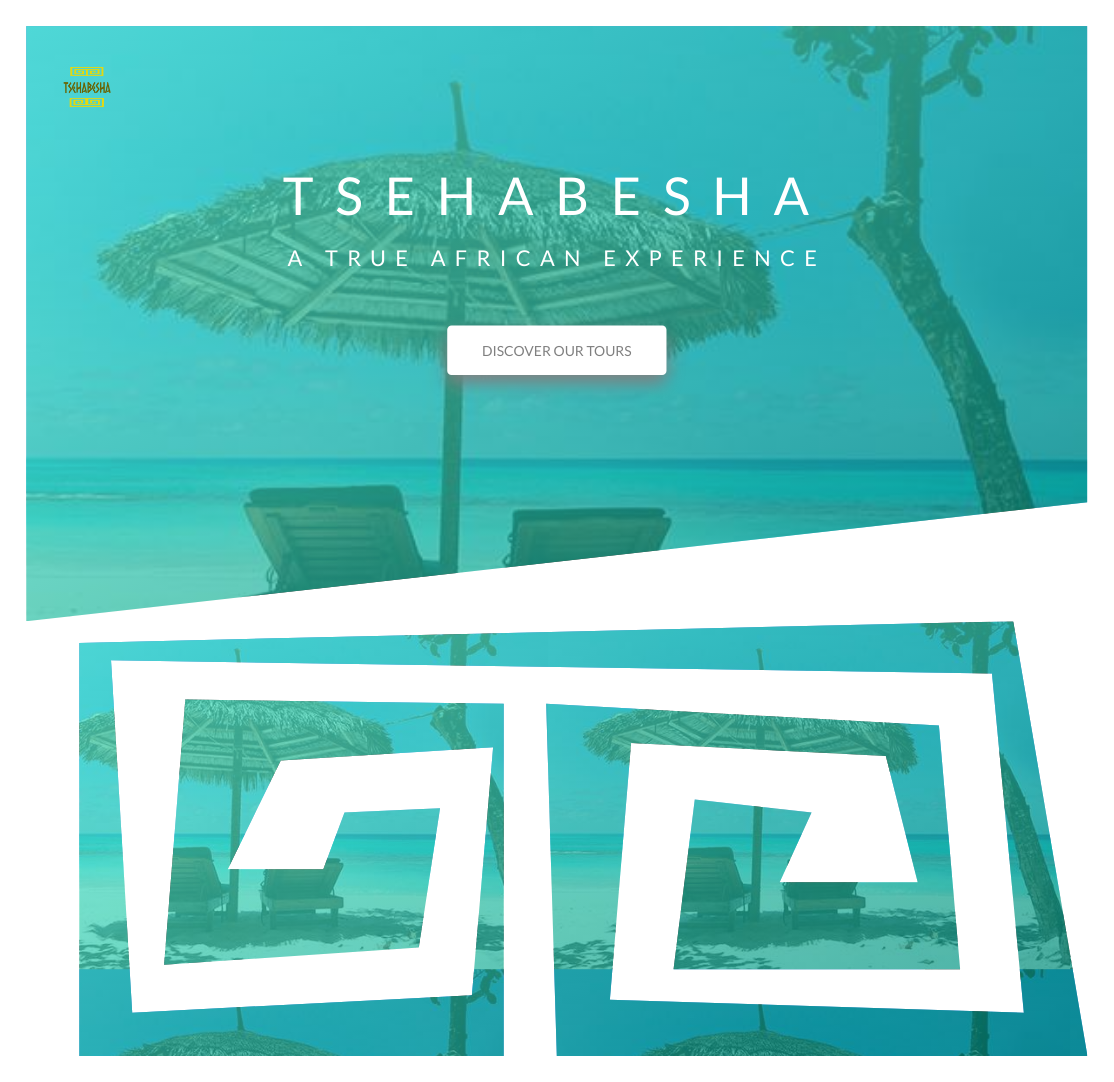
Repository: Azariagmt/tour-and-travel
Page: index.html
An editor plug-in stored every save of this project. The page is shown before and after a run of saves, followed by the edit.
The browser window is 1280 px wide. The pictures show the whole page, at 87% of full size.
The pointer rests on the first visible `.btn`.

Above is the page before, as saved 2020-03-24 23:54:19.

### index.html
<!DOCTYPE html>
<!--[if lt IE 7]>      <html class="no-js lt-ie9 lt-ie8 lt-ie7"> <![endif]-->
<!--[if IE 7]>         <html class="no-js lt-ie9 lt-ie8"> <![endif]-->
<!--[if IE 8]>         <html class="no-js lt-ie9"> <![endif]-->
<!--[if gt IE 8]><!--> <html class="no-js"> <!--<![endif]-->
    <head>
        <meta charset="utf-8">
        <meta http-equiv="X-UA-Compatible" content="IE=edge">
        <title></title>
        <meta name="description" content="">
        <meta name="viewport" content="width=device-width, initial-scale=1">
        <link href="https://fonts.googleapis.com/css?family=Lato&display=swap" rel="stylesheet">
        <link rel="stylesheet" href="css/style.css">
    </head>
    <body>
        <!--[if lt IE 7]>
            <p class="browsehappy">You are using an <strong>outdated</strong> browser. Please <a href="#">upgrade your browser</a> to improve your experience.</p>
        <![endif]-->
        <header class="header">
            <div class="logo-box">
                <img src="img/tsehabesha-logo.png" alt="Logo" class="logo">
            </div>
            <div class="text-box">
                <h1 class="heading-primary">
                    <span class="heading-primary-main">
                        tsehabesha
                    </span>
                    <span class="heading-primary-sub">
                        a true african experience
                    </span>
                </h1>
                <a href="#" class="btn btn-white">Discover our tours</a>
            </div>
        </header>
        <div class="logo-clip">

            </div>
        <script src="" async defer></script>
    </body>
</html>

### css/style.css
* {
  margin: 0;
  padding: 0;
  box-sizing: border-box;
}

body {
  font-family: "Lato", sans-serif;
  font-weight: 400;
  font-size: 16px;
  line-height: 1.7;
  color: #777777;
  padding: 30px;
}

.header {
  height: 95vh;
  background-image: linear-gradient(to right bottom, #64ffdbb9, #00897bb9),
    url(../img/2.jpg);
  background-size: cover;
  background-position: top;
  clip-path: polygon(0 0, 100% 0, 100% 80%, 0% 100%);
  position: relative;
}

.logo-box {
  position: absolute;
  top: 40px;
  left: 40px;
}

.logo {
  height: 60px;
}

.text-box {
  position: absolute;
  top: 40%;
  left: 50%;
  transform: translate(-50%,-50%);
  text-align: center;
}
.heading-primary {
  color: white;
  text-transform: uppercase;
  backface-visibility: hidden;
  margin-bottom: 60px;
  /* line-height: 95vh; */
}

.heading-primary-main {
  display: block;
  font-size: 60px;
  font-weight: 400;
  letter-spacing: 25px;
  animation: moveInLeft 1s ease-out;

}

.heading-primary-sub {
  display: block;
  font-size: 25px;
  font-weight: 500;
  letter-spacing: 10.7px;
  animation: moveInRight 1s ease-in;
}

@keyframes moveInLeft{
  0%{
opacity: 0;
transform: translateX(-100px);
  }
  80%{
    opacity: .8;
    transform: translateX(10px);
  }
  100%{
    opacity:1;
    transform: translate(0);
  }
}

@keyframes moveInRight{
  0%{
    opacity: 0;
    transform: translateX(100px);
  }
  80%{
    opacity: .8;
    transform: translate(-10px);
  }
  100%{
    opacity: 1;
    transform: translate(0);
  }
}

.btn:link, .btn:visited{
  text-transform: uppercase;
  text-decoration: none;
  display: inline-block;
  padding: 15px 40px;
  border-radius: 5px;
  transition: all .2s;
}

.btn:hover{
  transform: translateY(-3px);
  box-shadow: 0 10px 20px;
}

.btn:active{
  transform: translateY(-1px);
}

.btn-white{
  background-color: white;
  color: grey;


}

.logo-clip{
  height: 500px;
  background-image: linear-gradient(to right bottom, #64ffdbb9, #00897bb9),
  url(../img/2.jpg);
  width:100%;
  background-clip: content-box;
  clip-path: polygon(
    45% 100%,      45% 19%,    15% 18%,
     13% 79%,      37% 75%,    39% 43%,
     30% 44%,     28% 57%,      19% 57%,
     24% 32%,       44% 29%,       42% 86%,
     10% 90%,       8% 9%,        91% 12%,
     94% 90%,         55% 87%,
     57% 28%,           81% 31%,
     84% 60%,           71% 60%,           74% 44%,
     63% 41%,
     61% 80%,          88% 80%,         86% 24%,
      49% 19%,       50% 100%,      100% 100%,
       93% 0,     5% 5%,        5% 100%);
      }

After the next 7 saves:
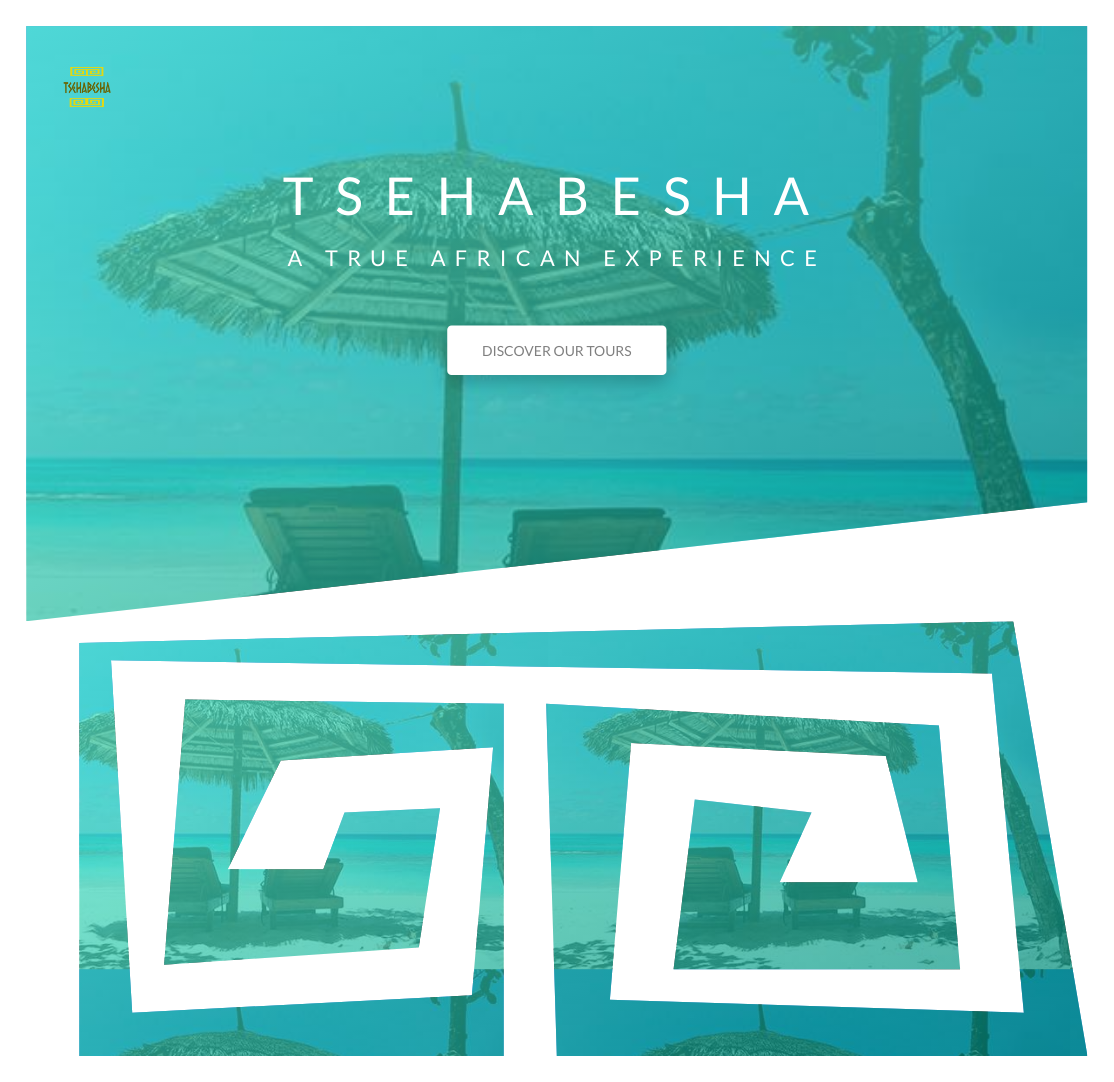
The 7 saves are shown as one change because they came seconds apart.
The last was saved 34 s later.
--- a/css/style.css
+++ b/css/style.css
@@ -106,7 +106,7 @@ transform: translateX(-100px);
 
 .btn:hover{
   transform: translateY(-3px);
-  box-shadow: 0 10px 20px;
+  box-shadow: 0 10px 20px rgba(0,0,0,.2);
 }
 
 .btn:active{
